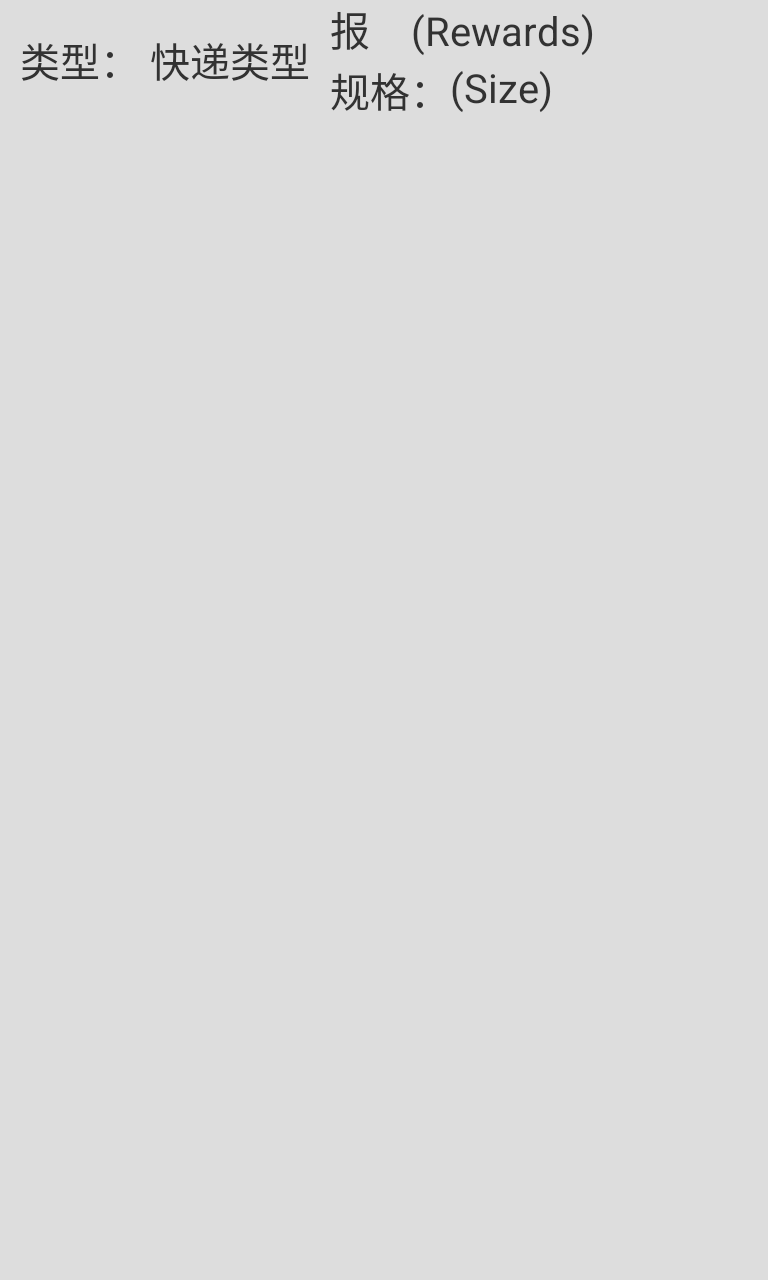
Repository: fariashen/campus-express
Layout: easyCourier/res/layout/item_request.xml
An editor plug-in stored every save of this project. The layout is shown before and after the next save, followed by the edit.
It is drawn on a 768 x 1280 px phone screen (xhdpi) without system bars, with theme AppTheme; the app's code is not run. The app's manifest (not shown) leaves right-to-left support off. So textAlignment, textDirection and layoutDirection are ignored, and left and right values win over start and end ones.

Above is the layout before, as saved 2016-04-25 06:48:59.

### easyCourier/res/layout/item_request.xml
<?xml version="1.0" encoding="utf-8"?>
<RelativeLayout xmlns:android="http://schemas.android.com/apk/res/android"
    android:layout_width="match_parent"
    android:layout_height="wrap_content"
    android:layout_marginBottom="10dp"
    style="@style/common_vertical_division_line_style"
    android:orientation="vertical"
    android:paddingBottom="20dp"
    android:layout_marginTop="10dp" >

    <TextView
        android:id="@+id/tv_tip_itemKinds"
        android:layout_width="wrap_content"
        android:layout_height="wrap_content"
        android:layout_marginLeft="10dp"
        android:layout_marginTop="15dp"
        android:text="类型："
        android:textSize="20sp" />

    <TextView
        android:id="@+id/tv_itemKinds"
        android:layout_width="wrap_content"
        android:layout_height="wrap_content"
        android:layout_marginTop="15dp"
        android:layout_marginLeft="5dp"
        android:layout_toEndOf="@id/tv_tip_itemKinds"
        android:text="快递类型"
        android:textSize="20sp" />

    <TextView
        android:id="@+id/tv_tip_itemReward"
        android:layout_width="40dp"
        android:layout_height="30dp"
        android:layout_marginLeft="10dp"
        android:layout_toEndOf="@id/tv_itemKinds"
        android:text="报酬："
        android:textSize="20sp" />

    <TextView
        android:id="@+id/tv_itemReward"
        android:layout_width="wrap_content"
        android:layout_height="30dp"
        android:layout_toEndOf="@id/tv_tip_itemReward"
        android:gravity="center"
        android:text="(Rewards)"
        android:textSize="20sp" />



    <TextView
        android:id="@+id/tv_tip_itemSize"
        android:layout_width="wrap_content"
        android:layout_height="30dp"
        android:layout_toEndOf="@id/tv_itemKinds"
        android:layout_below="@id/tv_tip_itemReward"
        android:layout_marginLeft="10dp"
        android:text="规格："
        android:textSize="20sp" />

    <TextView
        android:id="@+id/tv_itemSize"
        android:layout_width="wrap_content"
        android:layout_height="30dp"
        android:layout_below="@id/tv_itemReward"
        android:layout_toEndOf="@id/tv_tip_itemSize"
        android:text="(Size)"
        android:textSize="20sp" />

</RelativeLayout>

### easyCourier/res/values/styles.xml
<resources xmlns:android="http://schemas.android.com/apk/res/android">

    <!--
        Base application theme, dependent on API level. This theme is replaced
        by AppBaseTheme from res/values-vXX/styles.xml on newer devices.
    -->
    <style name="AppBaseTheme" parent="android:Theme.Light">
        <!--
            Theme customizations available in newer API levels can go in
            res/values-vXX/styles.xml, while customizations related to
            backward-compatibility can go here.
        -->
    </style>

    <!-- Application theme. -->
    <style name="AppTheme" parent="AppBaseTheme">
        <!-- All customizations that are NOT specific to a particular API-level can go here. -->
    </style>

    <!-- 最外层样式 -->
    <style name="wrap_layout">
        <item name="android:orientation">vertical</item>
        <item name="android:layout_height">wrap_content</item>
        <item name="android:layout_width">match_parent</item>
        <item name="android:layout_marginLeft">8dp</item>
        <item name="android:layout_marginRight">8dp</item>
        <item name="android:layout_marginTop">8dp</item>
		<item name="android:padding">1px</item>
        <item name="android:background">@drawable/bg_layout_shape</item>

    </style>

    <!-- 共用层样式 -->
    <style name="base_layout">
        <item name="android:orientation">horizontal</item>
		 <item name="android:layout_width">match_parent</item>
		 <item name="android:layout_height">wrap_content</item>
		 <item name="android:paddingTop">16dp</item>
		 <item name="android:paddingBottom">16dp</item>
		 <item name="android:paddingLeft">12dp</item>
		 <item name="android:paddingRight">12dp</item>
        <item name="android:gravity">center_vertical</item>
         <item name="android:focusable">true</item>
        <item name="android:clickable">true</item>
    </style>


    <!-- 上圆角样式 -->
    <style name="top_layout" parent="base_layout">
        <item name="android:background">@drawable/top_layout_selector</item>
    </style>


    <!--无圆角样式  -->
    <style name="mid_layout" parent="base_layout">
         <item name="android:background">@drawable/mid_layout_selector</item>
    </style>

        <!-- 下圆角样式 -->
    <style name="bottom_layout"  parent="base_layout">
          <item name="android:background">@drawable/bottom_layout_selector</item>
    </style>

    <!-- 全圆角样式 -->
    <style name="single_layout" parent="base_layout">
        <item name="android:background">@drawable/single_layout_selector</item>
    </style>



    <!-- textview样式 -->
    <style name="usertext">
        <item name="android:textSize">16dp</item>
        <item name="android:textColor">@color/text_clo</item>
        <item name="android:layout_width">wrap_content</item>
        <item name="android:layout_height">wrap_content</item>
        <item name="android:layout_weight">1</item>
    </style>


    <!-- 文本右边箭头样式 -->
    <style name="img_arrow">
        <item name="android:layout_width">wrap_content</item>
        <item name="android:layout_height">wrap_content</item>
        <item name="android:src">@drawable/setting_arrow</item>

    </style>


   <!-- view分割线样式 -->
    <style name="bg_line">
        <item name="android:layout_width">match_parent</item>
        <item name="android:layout_height">1px</item>
        <item name="android:background">@color/border_clo</item>
    </style>

    <style name="common_vertical_division_line_style">
    <item name="android:layout_width">0.5dp</item>
    <item name="android:layout_height">match_parent</item>
    <item name="android:background">#dddddd</item>
    </style>



    <!--  这个是加入退出时界面的代码 -->
    <style name="mypopwindow_anim_style">
        <item name="android:windowEnterAnimation">@anim/popshow_anim</item>
 <!-- 指定显示的动画xml -->

        <item name="android:windowExitAnimation">@anim/pophidden_anim</item>
 <!-- 指定消失的动画xml -->
    </style>
</resources>

Loaded but not shown: easyCourier/res/values-v11/styles.xml (common file); easyCourier/res/values-v14/styles.xml (common file)

After the next save:
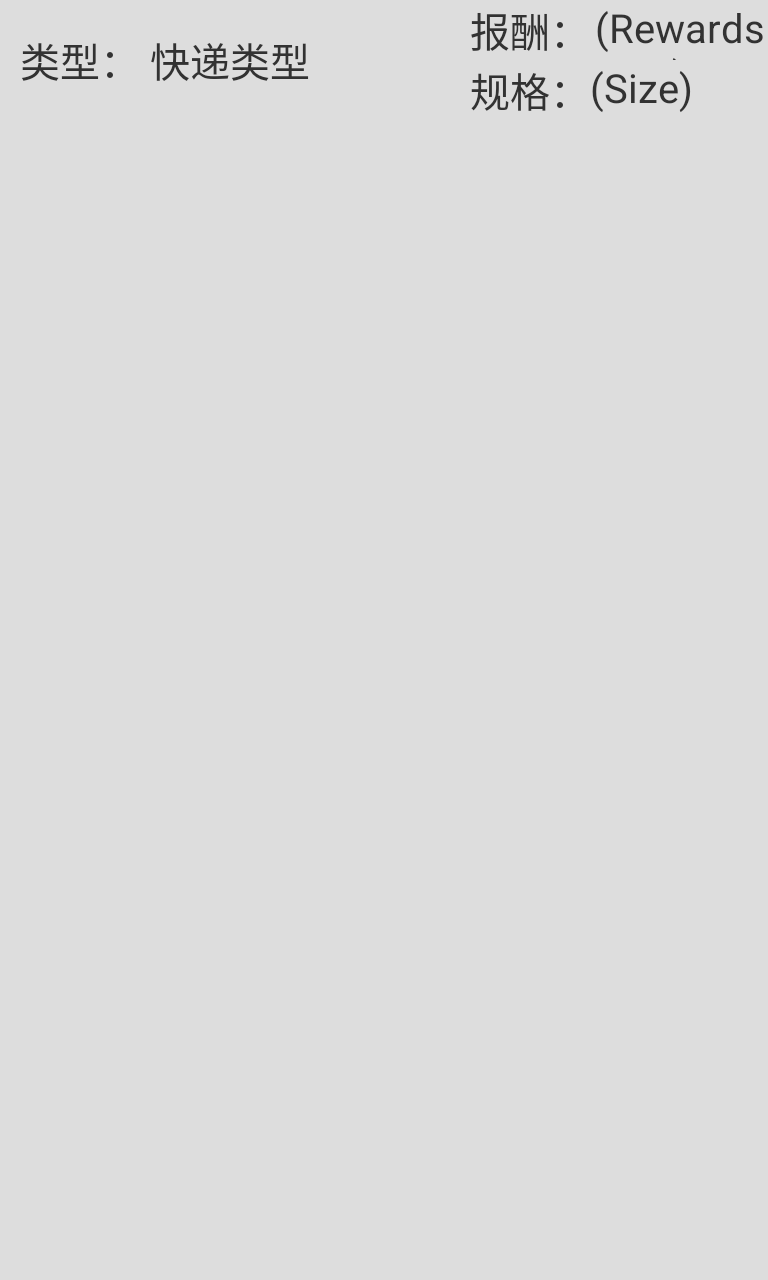
Saved 24 s later.
--- a/easyCourier/res/layout/item_request.xml
+++ b/easyCourier/res/layout/item_request.xml
@@ -19,7 +19,7 @@
 
     <TextView
         android:id="@+id/tv_itemKinds"
-        android:layout_width="wrap_content"
+        android:layout_width="150dp"
         android:layout_height="wrap_content"
         android:layout_marginTop="15dp"
         android:layout_marginLeft="5dp"
@@ -29,7 +29,7 @@
 
     <TextView
         android:id="@+id/tv_tip_itemReward"
-        android:layout_width="40dp"
+        android:layout_width="wrap_content"
         android:layout_height="30dp"
         android:layout_marginLeft="10dp"
         android:layout_toEndOf="@id/tv_itemKinds"
